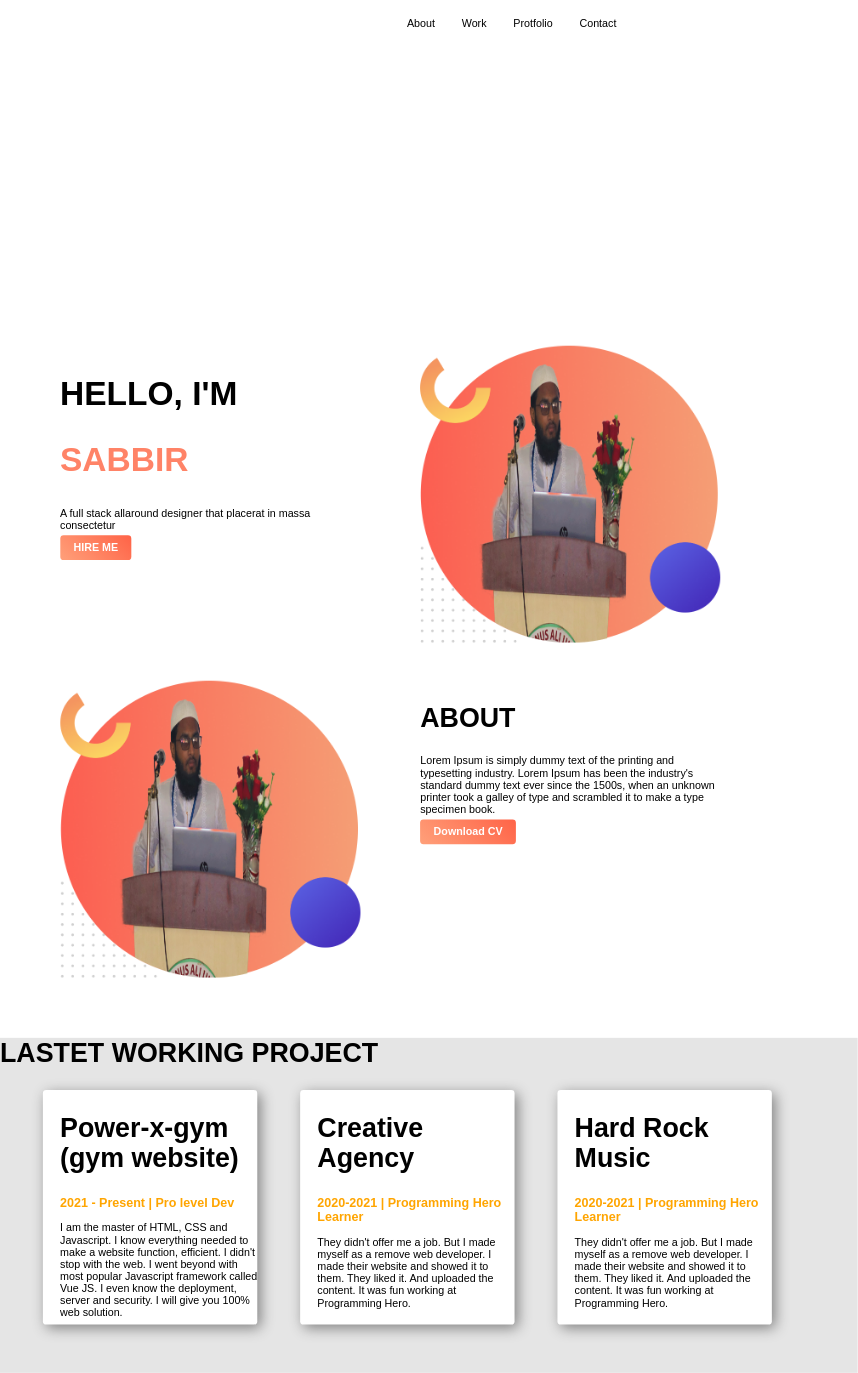
Repository: sabbircse3/personal-website
Page: index.html
The author's editor kept a copy of each file at every save. The page is drawn from the files as they stood at one save, then again after a run of saves.
The browser window is 1280 px wide. The pictures show the whole page, at 67% of full size.

Above is the page before, as saved 2021-01-06 00:27:52.

### index.html
<!DOCTYPE html>
<html lang="en">
<head>
    <title>personal-website</title>
    <link rel="preconnect" href="https://fonts.gstatic.com">
    <link href="https://fonts.googleapis.com/css2?family=Montserrat&display=swap" rel="stylesheet">
    <link rel="stylesheet" href="style.css">
</head>
<body>

    <section>
        <div>
            <ul id="menu">
                <li><a href="#">Contact</a></li>
                <li><a href="#">Protfolio</a></li>
                <li><a href="#">Work</a></li>
                <li><a href="#">About</a></li>
            </ul>
        </div>
    </section>

    <section class="top-banner">
        <div class="half-width">
            <h1>HELLO, I'M</h1>
            <h1> <span class="name-highlight">SABBIR</span></h1>
            <p>A full stack allaround designer that placerat in massa consectetur</p>
            <a class="link-button" target="_blank" href="https://www.linkedin.com/company/programminghero/">HIRE ME</a>
        </div>

        <div class="half-width">
            <img src="images/sabbir1.png" alt="">
        </div>
    </section>

    <section class="about">
        <div class="half-width">
            <img src="images/sabbir1.png" alt="">
        </div>

        <div class="half-width">
            <h2> ABOUT</h2>
            <p>Lorem Ipsum is simply dummy text of the printing and typesetting industry. Lorem Ipsum has been the industry's standard dummy text ever since the 1500s, when an unknown printer took a galley of type and scrambled it to make a type specimen book.</p>
            <a class="link-button" target="_blank" href="https://www.linkedin.com/company/programminghero/">Download CV</a>
        </div>

    </section>

    <section class="experience-area">
        <h2>LASTET WORKING PROJECT</h2>
        <div id="full-stack" class="half-width single-experience">
            <h2>Power-x-gym (gym website)</h2>
            <h3 class="orange-highlight">2021 - Present | Pro level Dev</h3>
            <p>I am the master of HTML, CSS and Javascript. I know everything needed to make a website function, efficient. I didn't stop with the web. I went beyond with most popular Javascript framework called Vue JS. I even know the deployment, server and security. I will give you 100% web solution.</p>

        </div>

        <div id="baby-web" class="half-width single-experience">
            <h2>Creative Agency</h2>
            <h3 class="orange-highlight">2020-2021 | Programming Hero Learner</h3>
            <p>They didn't offer me a job. But I made myself as a remove web developer. I made their website and showed it to them. They liked it. And uploaded the content. It was fun working at Programming Hero.</p>

        </div>

        <div id="baby-web" class="half-width single-experience">
            <h2>Hard Rock Music</h2>
            <h3 class="orange-highlight">2020-2021 | Programming Hero Learner</h3>
            <p>They didn't offer me a job. But I made myself as a remove web developer. I made their website and showed it to them. They liked it. And uploaded the content. It was fun working at Programming Hero.</p>

        </div>



    </section>

</body>
</html>

### style.css
body{
    font-family: sans-serif;
    margin: 0px;
}
#menu{
	list-style-type:none;
	width:900px;
	margin:10 auto;
}
#menu li{
	float:right;
}
#menu li a{
	color:black;
	text-decoration:none;
	padding:10px 20px;
	display:block;
}

h1{
    font-size: 50px;
}
h2{
    font-size: 40px;
}
.name-highlight{
    color: #FF8367;
}
.half-width{
    width: 35%;
    float: left;
    margin-left: 5%;
    padding-left: 2%;
}
.half-width img{
    width: 100%;
}

section{
    height: 500px;
}
.link-button{
    text-decoration: none;
    background-image: linear-gradient(45deg, lightSalmon, tomato);
    padding: 10px 20px;
    border-radius: 5px;
    color: white;
    font-weight: 700;
}
.experience-area{
    background-color: #E5E5E5;
    background-position: left;
}
.orange-highlight{
    color: orange;
}
.single-experience{
    box-shadow: 5px 5px 20px gray;
    border-radius: 5px;
	height: 70%;
	width: 23%;
}
#full-stack{
    background-color: white;
}
#baby-web{
	background-color: white;
}
footer p{
    text-align: center;
    font-size: 12px;
}

After the next 2 saves:
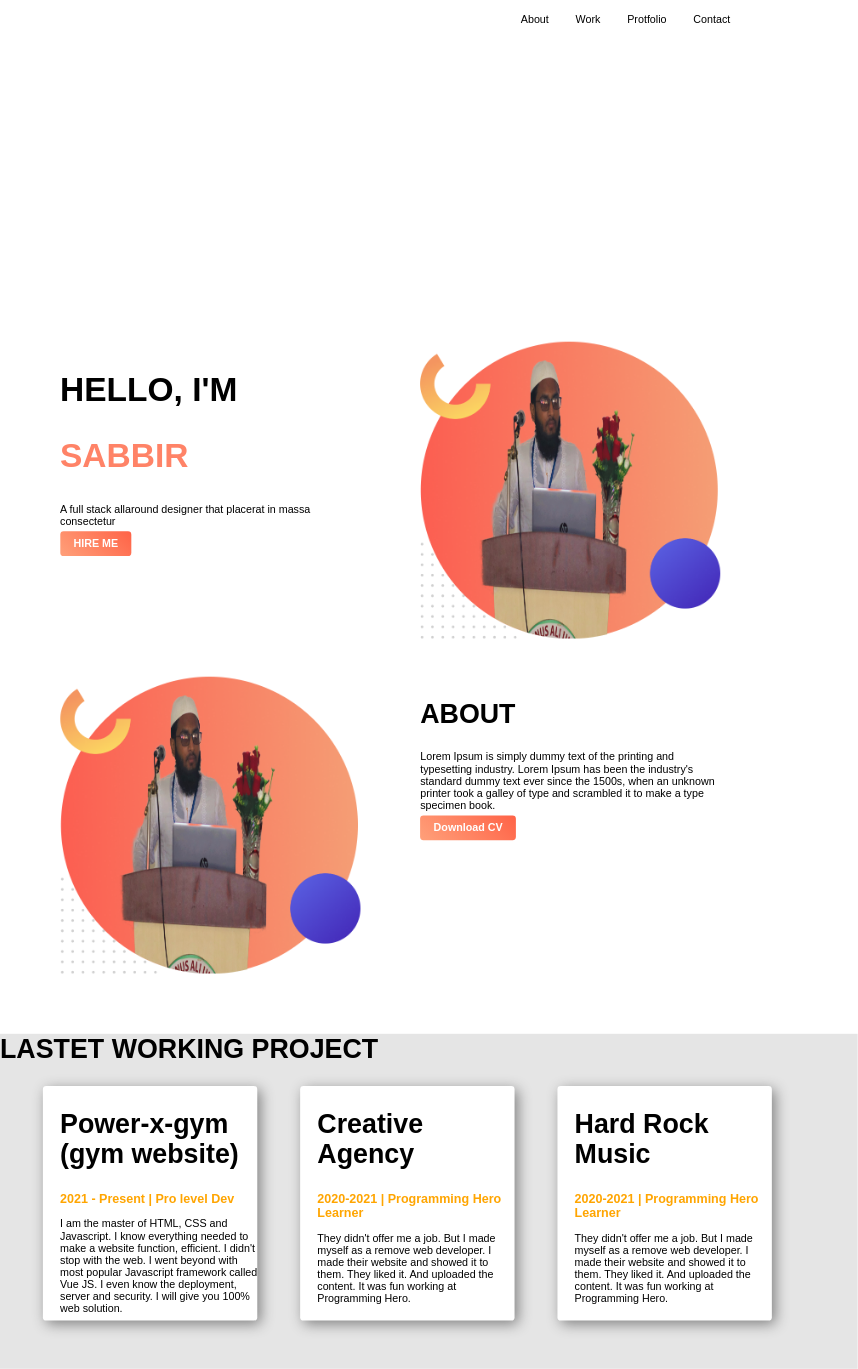
The 2 saves are shown as one change because they came seconds apart.
The last was saved 5 s later.
--- a/style.css
+++ b/style.css
@@ -5,7 +5,7 @@ body{
 #menu{
 	list-style-type:none;
 	width:900px;
-	margin:10 auto;
+	margin:10PX auto;
 }
 #menu li{
 	float:right;
